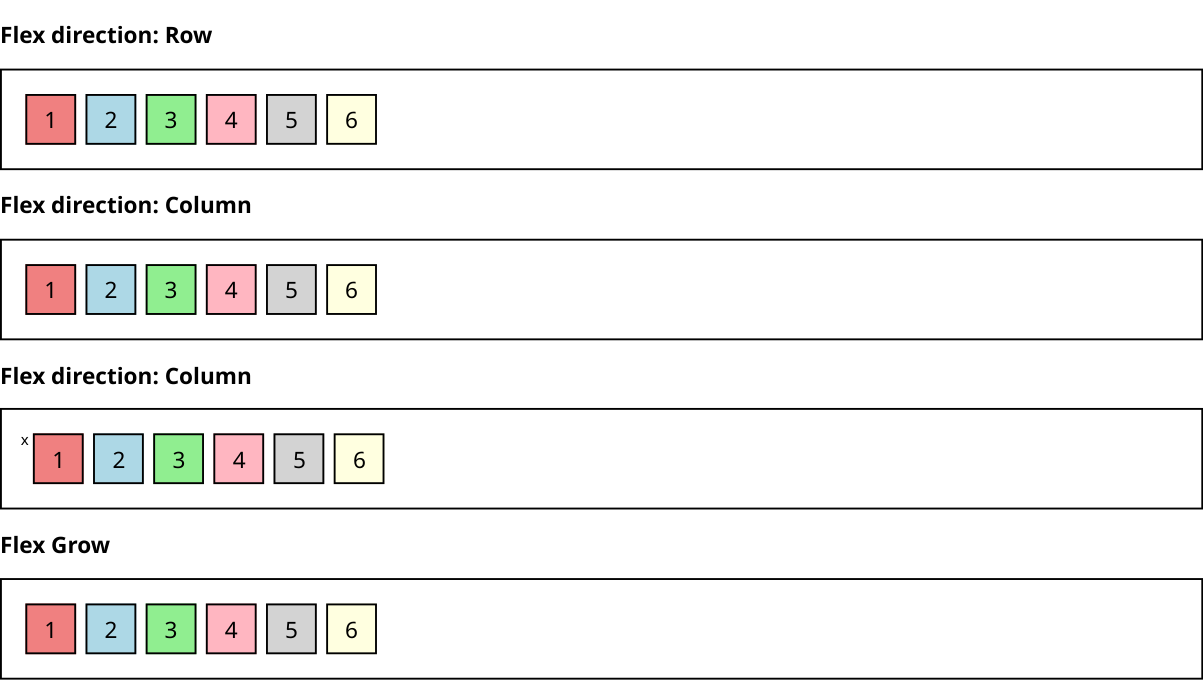
Repository: anjalipatel-dev/web-dev-learning-journey
Page: 03_html_css_ui_pages/05_hands_on_flex/index.html
These files come from the project's save history. The page is drawn as it stood at one moment and after the next save; the edit follows.
The browser window is 1280 px wide. The pictures show the whole page, at 94% of full size.

Above is the page before, as saved 2025-10-11 08:11:38.

After the next save:
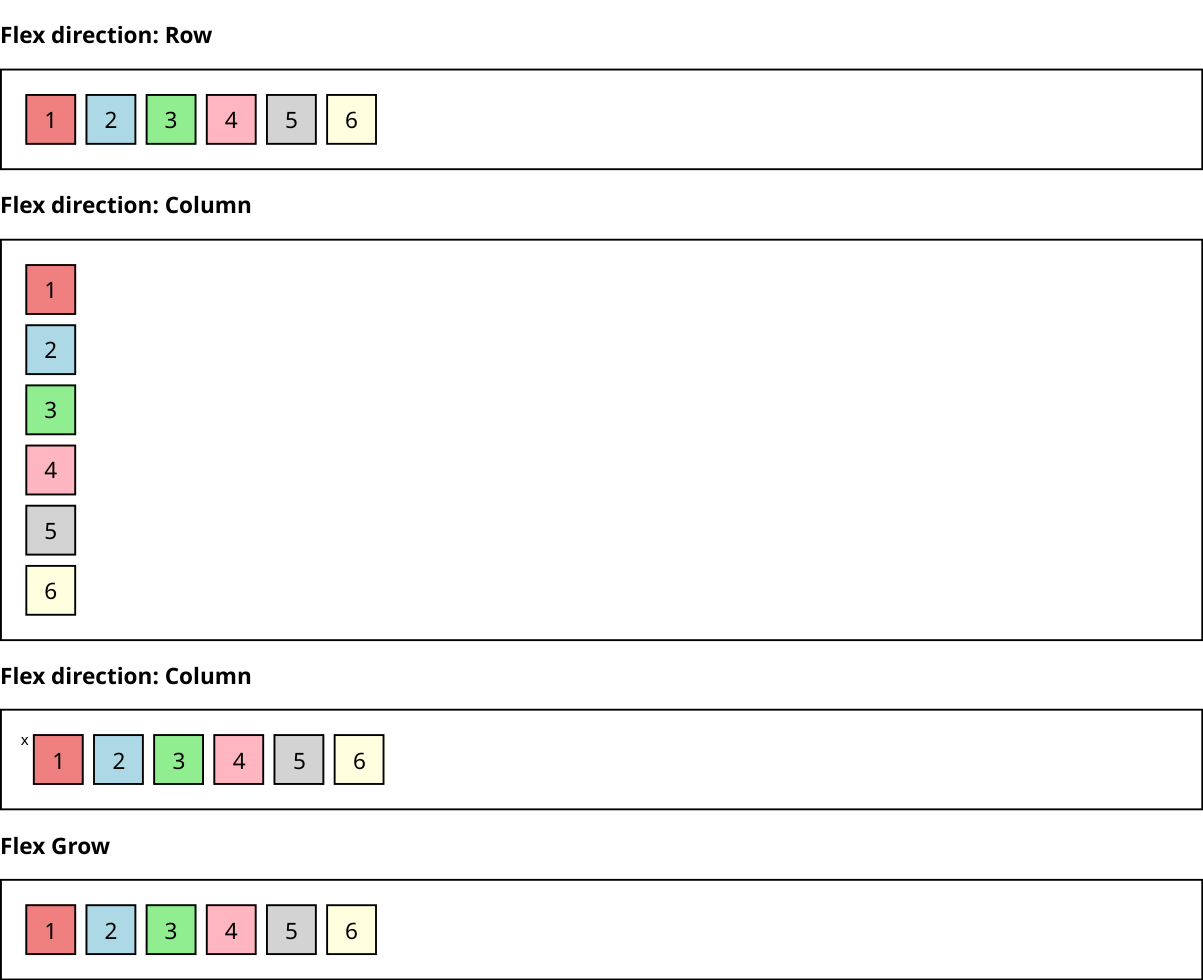
Saved 15 s later.
--- a/03_html_css_ui_pages/05_hands_on_flex/styles.css
+++ b/03_html_css_ui_pages/05_hands_on_flex/styles.css
@@ -46,3 +46,6 @@
 .flex-row{
     flex-direction : row;
 }
+.flex-column{
+    flex-direction : column;
+}
